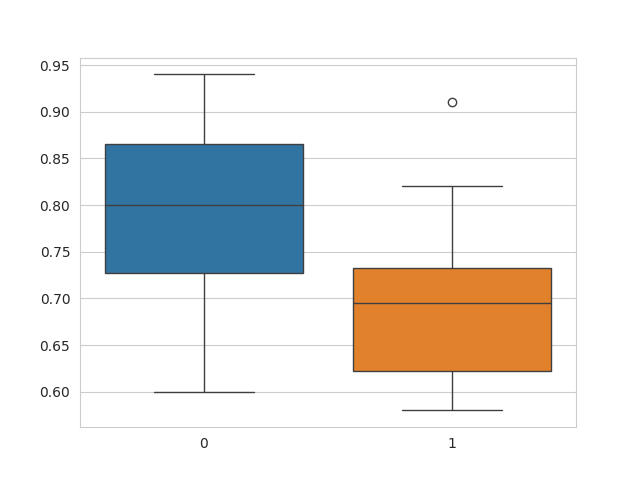
Repository: Kristina-Pianykh/DataScience
Script's output: python Uebungsblatt3/aufgabe2.py
These files come from the project's save history. The script's output is drawn as it stood at one moment and after a run of saves; the edit follows.
Random numbers start from a fixed seed.

Above is the script's output before, as saved 2022-06-09 23:01:23.

After the next 5 saves:
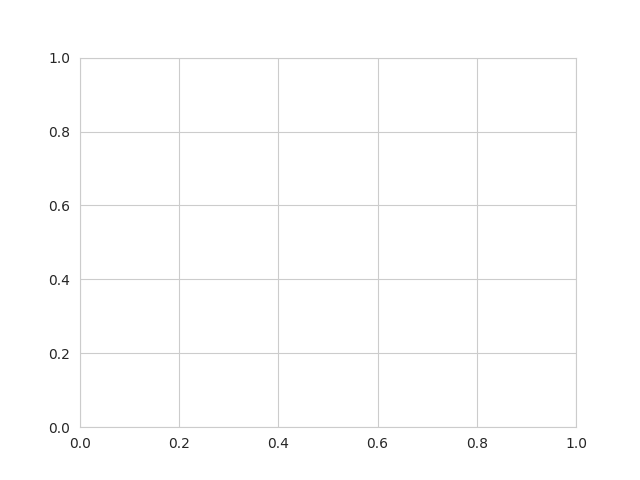
The 5 saves are shown as one change because 4 did not build or start.
The last was saved 4 min 9 s later.
--- a/Uebungsblatt3/aufgabe2.py
+++ b/Uebungsblatt3/aufgabe2.py
@@ -1,5 +1,6 @@
 import matplotlib.pyplot as plt
 import numpy as np
+import pandas as pd
 import seaborn as sns
 from scipy import stats
 
@@ -31,6 +32,7 @@ print(f"p-value : {round(p, 4)}")
 # fig = plt.figure(figsize=(10.0, 7.0))
 # plt.show()
 
+data = pd.DataFrame({"Control group K": K, "Group B": B}, columns=["Reaction times", "Group"])
 sns.set_style("whitegrid")
-sns.boxplot(data=[B, K])
+sns.boxplot(data=data, x="Reaction times", y="Group")
 plt.show()
